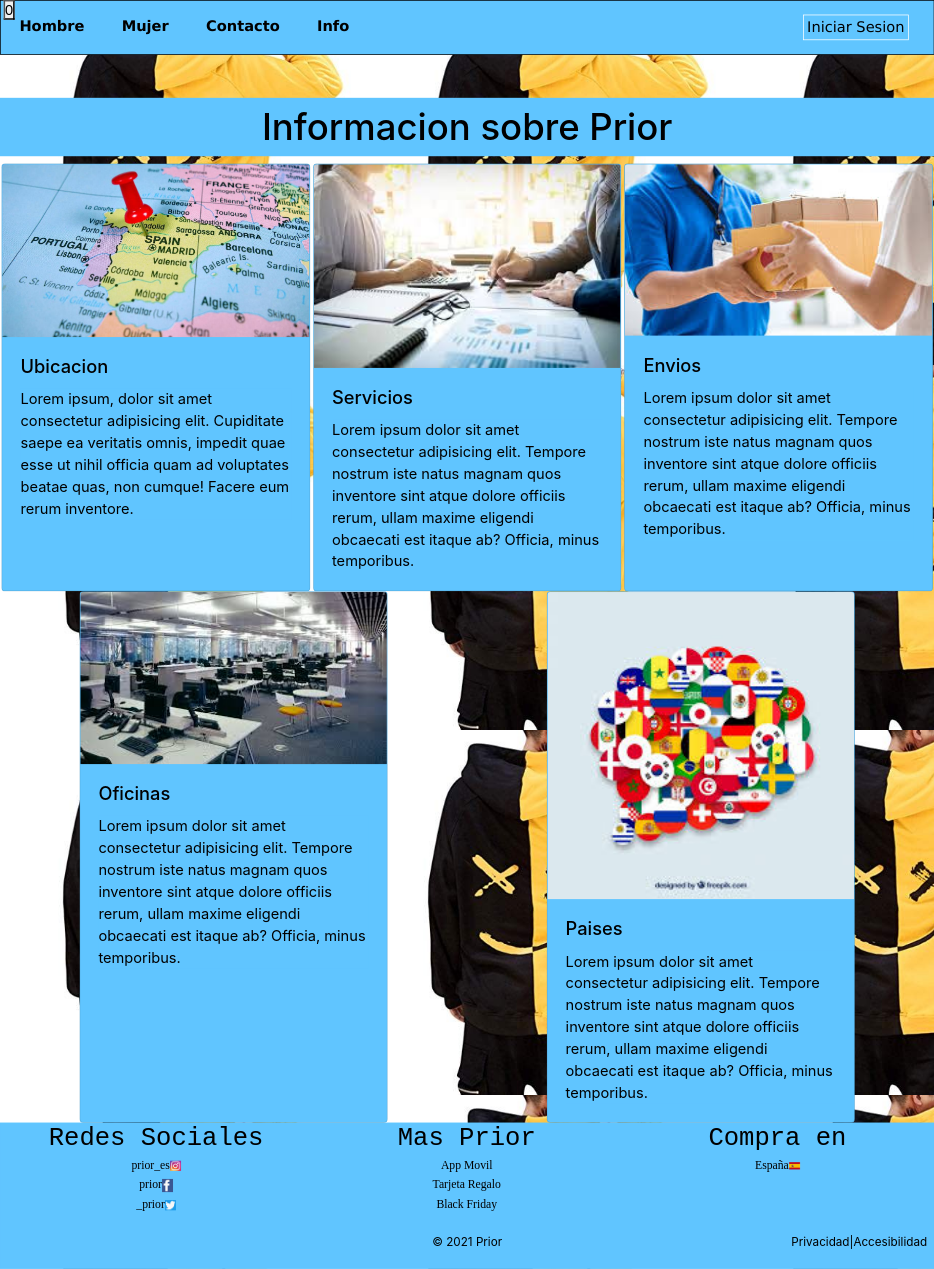
Repository: danilugones10/Proyecto
Page: info.html
The author's editor kept a copy of each file at every save. The page is drawn from the files as they stood at one save, then again after the next save.
The browser window is 1280 px wide. The pictures show the whole page, at 73% of full size.

Above is the page before, as saved 2021-03-10 16:23:45.

### info.html
<!DOCTYPE html>
<html lang="en">
<head>
    <meta charset="UTF-8">
    <meta name="viewport" content="width=device-width, initial-scale=1.0">
    <title>Document</title>
    <link rel="stylesheet" href="bootstrap-4.6.0-dist/css/bootstrap.min.css">
    <link rel="stylesheet" href="css/normalize.css">
    <link rel="stylesheet" href="css/style.css">
</head>
<body class="body">
    <header class="header">

    </header>

    <main class="main">
        <h1 class="h1 color__claro">Informacion sobre Prior</h1>
        <div class="d-flex flex-wrap justify-content-around">
            <div class="card color__claro card_width">
              <img src="css/img/mapa.jpg" class="card-img-top" alt="...">
              <div class="card-body">
                <h5 class="card-title">Ubicacion</h5>
                <p class="card-text">Lorem ipsum, dolor sit amet consectetur adipisicing elit. Cupiditate saepe ea veritatis omnis, impedit quae esse ut nihil officia quam ad voluptates beatae quas, non cumque! Facere eum rerum inventore.</p>
              </div>
            </div>
            <div class="card color__claro card_width">
                <img src="css/img/servicios.jpg" class="card-img-top" alt="...">
                <div class="card-body">
                  <h5 class="card-title">Servicios</h5>
                  <p class="card-text">Lorem ipsum dolor sit amet consectetur adipisicing elit. Tempore nostrum iste natus magnam quos inventore sint atque dolore officiis rerum, ullam maxime eligendi obcaecati est itaque ab? Officia, minus temporibus.</p>
                </div>
              </div>
              <div class="card color__claro card_width">
                <img src="css/img/envios.jpg" class="card-img-top" alt="...">
                <div class="card-body">
                  <h5 class="card-title">Envios</h5>
                  <p class="card-text">Lorem ipsum dolor sit amet consectetur adipisicing elit. Tempore nostrum iste natus magnam quos inventore sint atque dolore officiis rerum, ullam maxime eligendi obcaecati est itaque ab? Officia, minus temporibus.</p>
                </div>
              </div>
              <div class="card color__claro card_width">
                <img src="css/img/oficinas.jpg" class="card-img-top" alt="...">
                <div class="card-body">
                  <h5 class="card-title">Oficinas</h5>
                  <p class="card-text">Lorem ipsum dolor sit amet consectetur adipisicing elit. Tempore nostrum iste natus magnam quos inventore sint atque dolore officiis rerum, ullam maxime eligendi obcaecati est itaque ab? Officia, minus temporibus.</p>
                </div>
              </div>
              <div class="card color__claro card_width">
                <img src="css/img/paises.jpg" class="card-img-top" alt="...">
                <div class="card-body">
                  <h5 class="card-title">Paises</h5>
                  <p class="card-text">Lorem ipsum dolor sit amet consectetur adipisicing elit. Tempore nostrum iste natus magnam quos inventore sint atque dolore officiis rerum, ullam maxime eligendi obcaecati est itaque ab? Officia, minus temporibus.</p>
                </div>
              </div>
        </div>
    </main>

  <footer class="footer color__claro" id="footer">

  </footer>

    <script src="js/menu.js"></script>
    <script src="js/footer.js"></script>
    <script src="js/oscuroInfo.js"></script>

</body>
</html>

### css/style.css
:root {
  --base: #60c5ff;
  --texto: #000000;
  --nav: #ffffff;
}

.modoOscuro {
  --base: #093f5f;
  --texto: #ffffff;
  --nav: #000000;
}

.header {
  grid-column: 1/2;
  grid-row: 1/2;
  background-color: var(--nav);
  color: var(--texto);
  height: 75px;
}

.menu {
  height: 75px;
  border: 1px solid;
}

.menu__list {
  list-style: none;
  display: flex;
}

.menu__item {
  padding-top: 20px;
  padding-bottom: 23px;
  padding-right: 2%;
  padding-left: 2%;
  font-family: "Lucida Sans", "Lucida Sans Regular", "Lucida Grande", "Lucida Sans Unicode", Geneva, Verdana, sans-serif;
  font-weight: bold;
}

#oscuro {
  margin-left: 5px;
}

a {
  text-decoration: none;
  color: var(--texto);
}

.busqueda {
  display: none;
  position: absolute;
  width: 20%;
  right: 185px;
  top: 25px;
  height: 25px;
  border-radius: 10px;
  outline: none;
}

.inicio {
  position: absolute;
  top: 20px;
  right: 35px;
  background-color: var(--base);
  border: 1px solid white;
  padding: 5px;
  font-family: "Lucida Sans", "Lucida Sans Regular", "Lucida Grande", "Lucida Sans Unicode", Geneva, Verdana, sans-serif;
}
.inicio a {
  text-decoration: none;
}

.hamburguesa {
  position: absolute;
  top: 25px;
  right: 5px;
  cursor: pointer;
  display: none;
}

.inicio:hover {
  background-color: #A3E4D7;
}
.inicio:hover a {
  color: black;
}

.menu__item:hover {
  background-color: var(--base);
  color: var(--texto);
}
.menu__item:hover a {
  color: black;
}

@media (max-width: 767px) {
  .menu {
    background-color: var(--nav);
    height: 75px;
  }

  .menu__list {
    list-style: none;
    display: inline-block;
  }

  .menu__item {
    padding-top: 19px;
    padding-bottom: 20px;
    padding-right: 2%;
    padding-left: 2%;
    font-family: "Lucida Sans", "Lucida Sans Regular", "Lucida Grande", "Lucida Sans Unicode", Geneva, Verdana, sans-serif;
    visibility: hidden;
  }

  .menu__item:hover {
    width: 100px;
  }

  .busqueda {
    display: block;
    position: absolute;
    width: 35%;
    right: 200px;
    top: 25px;
    height: 25px;
    border-radius: 20px;
  }

  .inicio {
    position: absolute;
    top: 20px;
    right: 35px;
    border: 1px solid white;
    padding: 5px;
    font-family: "Lucida Sans", "Lucida Sans Regular", "Lucida Grande", "Lucida Sans Unicode", Geneva, Verdana, sans-serif;
  }
  .inicio a {
    text-decoration: none;
  }

  .hamburguesa {
    position: absolute;
    top: 25px;
    right: 5px;
    cursor: pointer;
    display: block;
  }

  .inicio:hover {
    background-color: #A3E4D7;
    color: black;
  }

  .menu__item:hover {
    background-color: var(--base);
    color: var(--texto);
  }
}
.main {
  grid-column: 1/2;
  grid-row: 2/3;
}

.section1 {
  display: flex;
  flex-flow: wrap;
  justify-content: space-around;
  width: 100%;
}
.section1 .section1-titulo {
  width: 400px;
  height: 400px;
  text-align: center;
}
.section1 .section1-titulo .section1-titulo__fondo .section1-titulo__h1 {
  font-size: 70px;
  font-family: "Courier New", Courier, monospace;
}
.section1 .section1-titulo .prior-img {
  opacity: 95%;
  width: 200px;
  height: 200px;
  border: 1px solid;
  transition: 1s;
}
.section1 .section1-titulo .prior-img:hover {
  transform: scale(1.3);
}
.section1 .section1-img {
  width: 460px;
  height: 400px;
  text-align: center;
  padding-top: 25px;
  margin-top: 20px;
}
.section1 .section1-img img {
  width: 400px;
  height: 350px;
  transition: 1s;
}
.section1 .section1-img img:hover {
  transform: scale(1.1);
}

.section2 {
  width: 100%;
  display: flex;
  justify-content: center;
  padding-top: 50px;
  color: white;
}
.section2 .section2-prior {
  border: 1px solid;
  width: 70%;
}

.section3 {
  width: 100%;
  display: flex;
  flex-wrap: wrap;
  color: white;
}
.section3 .section3-h1 {
  width: 100%;
  text-align: center;
}
.section3 .section3-imagenes {
  display: flex;
  flex-wrap: wrap;
  justify-content: space-around;
  width: 100%;
  text-align: center;
}
.section3 .section3-imagenes .section3-imagenes__contenedor {
  position: relative;
  border: 1px solid;
  padding-top: 5px;
  width: 250px;
  height: 230px;
}
.section3 .section3-imagenes .section3-imagenes__contenedor button {
  display: none;
}
.section3 .section3-imagenes .section3-imagenes__contenedor h3 {
  font-size: 20px;
}
.section3 .section3-imagenes .section3-imagenes__contenedor:hover .fondo {
  position: absolute;
  top: 0;
  left: 0;
  width: 100%;
  height: 100%;
  background-color: rgba(0, 0, 0, 0.6);
  z-index: 100;
}
.section3 .section3-imagenes .section3-imagenes__contenedor:hover button {
  display: inline;
  position: absolute;
  top: 40%;
  left: 30%;
}

.section4 {
  width: 100%;
  margin-top: 5px;
}
.section4 h1 {
  color: white;
  text-align: center;
}
.section4 .contenedor {
  margin: auto;
  margin-bottom: 20px;
  width: 400px;
  height: 350px;
  background-color: aquamarine;
  z-index: 100;
  position: relative;
  border: 1px solid;
}
.section4 .contenedor img {
  width: 100vw;
}
.section4 .contenedor .texto {
  background-color: var(--base);
  opacity: 75%;
  margin-top: -90px;
}
.section4 .contenedor .texto #nombreImagen {
  color: white;
  margin-left: 15px;
}
.section4 .contenedor .texto #precio {
  color: white;
  padding-top: 10px;
  margin-left: 15px;
}
.section4 .contenedor .texto #precio span {
  text-decoration: line-through;
}
.section4 .contenedor #flecha1 {
  content: "";
  position: absolute;
  border-right: 2vw solid gray;
  border-bottom: 2vw solid transparent;
  border-top: 2vw solid transparent;
  bottom: 45%;
  left: 0;
  cursor: pointer;
}
.section4 .contenedor #flecha2 {
  content: "";
  position: absolute;
  border-left: 2vw solid gray;
  border-bottom: 2vw solid transparent;
  border-top: 2vw solid transparent;
  bottom: 45%;
  right: 0;
  cursor: pointer;
}

.footer {
  grid-column: 1/2;
  grid-row: 3/4;
  color: var(--texto);
  background-color: var(--nav);
  border: 1px solid var(--base);
  height: 200px;
}

.grupo {
  display: flex;
}

.colum {
  text-align: center;
  width: 33.3%;
  height: 120px;
}

.colum h3 {
  margin-bottom: 0px;
  font-family: "Courier New", Courier, monospace;
}

.colum div {
  margin-top: 3px;
  font-size: 16px;
  font-family: "Times New Roman", Times, serif;
}

.fin {
  width: 100%;
}

.fin div {
  font-size: 16px;
  text-align: center;
}

.fin div span {
  position: absolute;
  right: 10px;
  font-size: 16px;
}

@media (max-width: 767px) {
  .fin {
    padding-top: 10px;
  }
}
.card_width {
  min-width: 400px;
  max-width: 33%;
}

.main p {
  color: var(--texto);
}
.main h5 {
  color: var(--texto);
}
.main .entrega {
  width: 70%;
  margin: auto;
}
.main .entrega p {
  padding: 10px;
  border-radius: 20px;
  border: 2px solid;
}
.main .pagos {
  width: 30%;
  min-width: 300px;
  margin: auto;
  border-radius: 20px;
  border: 2px solid;
  color: var(--texto);
  background-color: var(--base);
}
.main .pagos ul {
  list-style: none;
}
.main .pagos ul li {
  padding: 10px;
}

h1 {
  background-color: var(--base);
  color: var(--texto);
  padding: 10px;
  text-align: center;
}

p {
  color: var(--texto);
  background-color: var(--base);
}

.cuadro {
  display: flex;
  justify-content: space-around;
  flex-wrap: wrap;
}

.cajita {
  color: var(--texto);
  background-color: var(--base);
  min-width: 450px;
  height: 300px;
  margin-bottom: 10px;
}

.accordion .card {
  color: var(--texto);
  background-color: var(--base);
}
.accordion .card .card-body {
  background-color: rgba(0, 0, 0, 0.3);
}
.accordion .card button {
  color: var(--texto);
}

.contacto-form {
  height: 350px;
  margin: auto;
  width: 75%;
  color: var(--texto);
  background-color: var(--base);
}
.contacto-form fieldset {
  border: 1px solid;
}

.tabla {
  text-align: center;
  width: 90%;
  background-color: var(--base);
  margin: auto;
  margin-bottom: 10px;
}

th {
  color: var(--texto);
}

td {
  color: var(--texto);
}

.carrouselMujer {
  max-width: 500px;
  margin: auto;
  border: 1px solid;
}

.carousel-control-prev-icon {
  background-color: black;
}

.carousel-control-next-icon {
  background-color: black;
}

* {
  margin: 0;
  padding: 0;
  font-size: 20px;
}
* h1 {
  color: var(--texto);
}
* h5 {
  color: var(--texto);
}
* p {
  color: var(--texto);
}

body {
  display: grid;
  grid-template-columns: 100%;
  grid-template-rows: 100px auto 200px;
  background-image: url(img/sudadera_fondo.jpg);
}

#oscuro {
  position: absolute;
  top: 0;
  left: 0;
}

.color__claro {
  background-color: var(--base);
  color: var(--texto);
}

@media (max-width: 767px) {
  body {
    grid-template-rows: 350px auto 200px;
  }

  .main {
    margin-top: -250px;
  }
}

/*# sourceMappingURL=style.css.map */

### js/menu.js
const header=document.querySelector('.header');
const nav=document.createElement('nav');
nav.className="menu color__claro";
const ul=document.createElement('ul');
ul.className="menu__list";
const fragment=document.createDocumentFragment();

const bot=document.createElement('button');
bot.id="oscuro";
bot.textContent="0";
nav.appendChild(bot);

const li=document.createElement('li');
li.className="menu__item";
const a=document.createElement('a');
a.href="hombre.html";
a.textContent="Hombre";
li.appendChild(a)
fragment.appendChild(li);

const li2=document.createElement('li');
li2.textContent="Mujer";
li2.className="menu__item";
fragment.appendChild(li2);

const li3=document.createElement('li');
li3.textContent="Contacto";
li3.className="menu__item";
fragment.appendChild(li3);

const li4=document.createElement('li');
li4.className="menu__item";
const a4=document.createElement('a');
a4.href="info.html";
a4.textContent="Info";
li4.appendChild(a4)
fragment.appendChild(li4);

const li5=document.createElement('input');
li5.setAttribute('placeholder', '   buscar');
li5.className="busqueda";
li5.id="busqueda";
fragment.appendChild(li5);

const li6=document.createElement('li');
const button6=document.createElement('button');
button6.className="inicio";
const a6=document.createElement('a');
a6.href="formulario.html";
a6.textContent="Iniciar Sesion";
button6.appendChild(a6);
li6.appendChild(button6);
fragment.appendChild(button6);

const hamb=document.createElement('label');
hamb.innerHTML="<span>&#9776;</span>";
hamb.className="hamburguesa";
fragment.appendChild(hamb);

ul.appendChild(fragment);
nav.appendChild(ul);
header.appendChild(nav);

const hamburguesa=document.querySelector('.hamburguesa');
const menu=document.querySelector('.menu');
const main=document.querySelector('.main');

    hamburguesa.addEventListener('click', ()=>{

        if(window.innerWidth<767){

            if( menu.style.height==="75px"){
                menu.style.height="100%";
                main.style.marginTop="0px";
                li.style.visibility="visible";
                li2.style.visibility="visible";
                li3.style.visibility="visible";
                li4.style.visibility="visible";
            }
            else{
                menu.style.height="75px";
                main.style.marginTop="-200px";
                li.style.visibility="hidden";
                li2.style.visibility="hidden";
                li3.style.visibility="hidden";
                li4.style.visibility="hidden";

            }
        }
    })

    window.addEventListener("resize",() => {
        if (this.window.innerWidth>767) {
            main.style.marginTop="0px";
            li.style.visibility="visible";
            li2.style.visibility="visible";
            li3.style.visibility="visible";
            li4.style.visibility="visible";
        }
        else{
            menu.style.height="75px";
            main.style.marginTop="-200px";
            li.style.visibility="hidden";
            li2.style.visibility="hidden";
            li3.style.visibility="hidden";
            li4.style.visibility="hidden";
        }
     })

### js/footer.js
const foot=document.querySelector('.footer')
const divGrupo=document.createElement('div')
divGrupo.className="grupo"
//Columna1
const divColumn1=document.createElement('div')
divColumn1.className="colum"
const h31=document.createElement('h3')
h31.textContent="Redes Sociales"
const div1_1=document.createElement('div')
const img1_1=document.createElement('img')
img1_1.src="css/img/Instagram.PNG";img1_1.width=15
div1_1.textContent="prior_es";div1_1.appendChild(img1_1)
const div1_2=document.createElement('div')
const img1_2=document.createElement('img')
img1_2.src="css/img/Facebok.PNG";img1_2.width=15
div1_2.textContent="prior";div1_2.appendChild(img1_2)
const div1_3=document.createElement('div')
const img1_3=document.createElement('img')
img1_3.src="css/img/Twiter.PNG";img1_3.width=15
div1_3.textContent="_prior";div1_3.appendChild(img1_3)
divColumn1.appendChild(h31);divColumn1.appendChild(div1_1);divColumn1.appendChild(div1_2);divColumn1.appendChild(div1_3);
//Columna2
const divColumn2=document.createElement('div')
divColumn2.className="colum"
const h32=document.createElement('h3')
h32.textContent="Mas Prior"
const div2_1=document.createElement('div')
div2_1.textContent="App Movil"
const div2_2=document.createElement('div')
div2_2.textContent="Tarjeta Regalo"
const div2_3=document.createElement('div')
div2_3.textContent="Black Friday"
divColumn2.appendChild(h32);divColumn2.appendChild(div2_1);divColumn2.appendChild(div2_2);divColumn2.appendChild(div2_3);
//Columna3
const br=document.createElement('br')

const divColumn3=document.createElement('div')
divColumn3.className="colum"
const h33=document.createElement('h3')
h33.textContent="Compra en"
const div3_1=document.createElement('div')
const img3_1=document.createElement('img')
img3_1.src='css/img/España.PNG';img3_1.width=15
div3_1.textContent="España";div3_1.appendChild(img3_1)
divColumn3.appendChild(h33);divColumn3.appendChild(div3_1)

divGrupo.appendChild(divColumn1);divGrupo.appendChild(divColumn2);divGrupo.appendChild(divColumn3);

const divFin=document.createElement('div')
divFin.className="fin"
const divFinal=document.createElement('div')
divFinal.innerHTML="&copy; 2021 Prior <span>Privacidad|Accesibilidad</span> ";
divFin.appendChild(divFinal)


foot.appendChild(divGrupo);foot.appendChild(br);
foot.appendChild(divFin)

### js/oscuroInfo.js
const botonOscuro=document.getElementById('oscuro');
const menus=document.querySelector('.menu');
const h1Info=document.querySelector('.h1');
const cardInfo=document.querySelectorAll('.card');
const footer=document.querySelector('.footer');


botonOscuro.addEventListener("click", ()=>{
    if (menus.className=="menu color__claro") {
        menus.className="menu color__oscuro"
        h1Info.className="h1 color__oscuro"
        for (let index = 0; index < cardInfo.length; index++) {
            const element = cardInfo[index];
            element.className="card color__oscuro"
        }
        foot.className="footer color__oscuro"
    }
    else{
        menus.className="menu color__claro"
        h1Info.className="h1 color__claro"
        for (let index = 0; index < cardInfo.length; index++) {
            const element = cardInfo[index];
            element.className="card color__claro"
        }
        foot.className="footer color__claro"
    }
})

Loaded but not shown: bootstrap-4.6.0-dist/css/bootstrap.min.css (library); css/normalize.css (library)

After the next save:
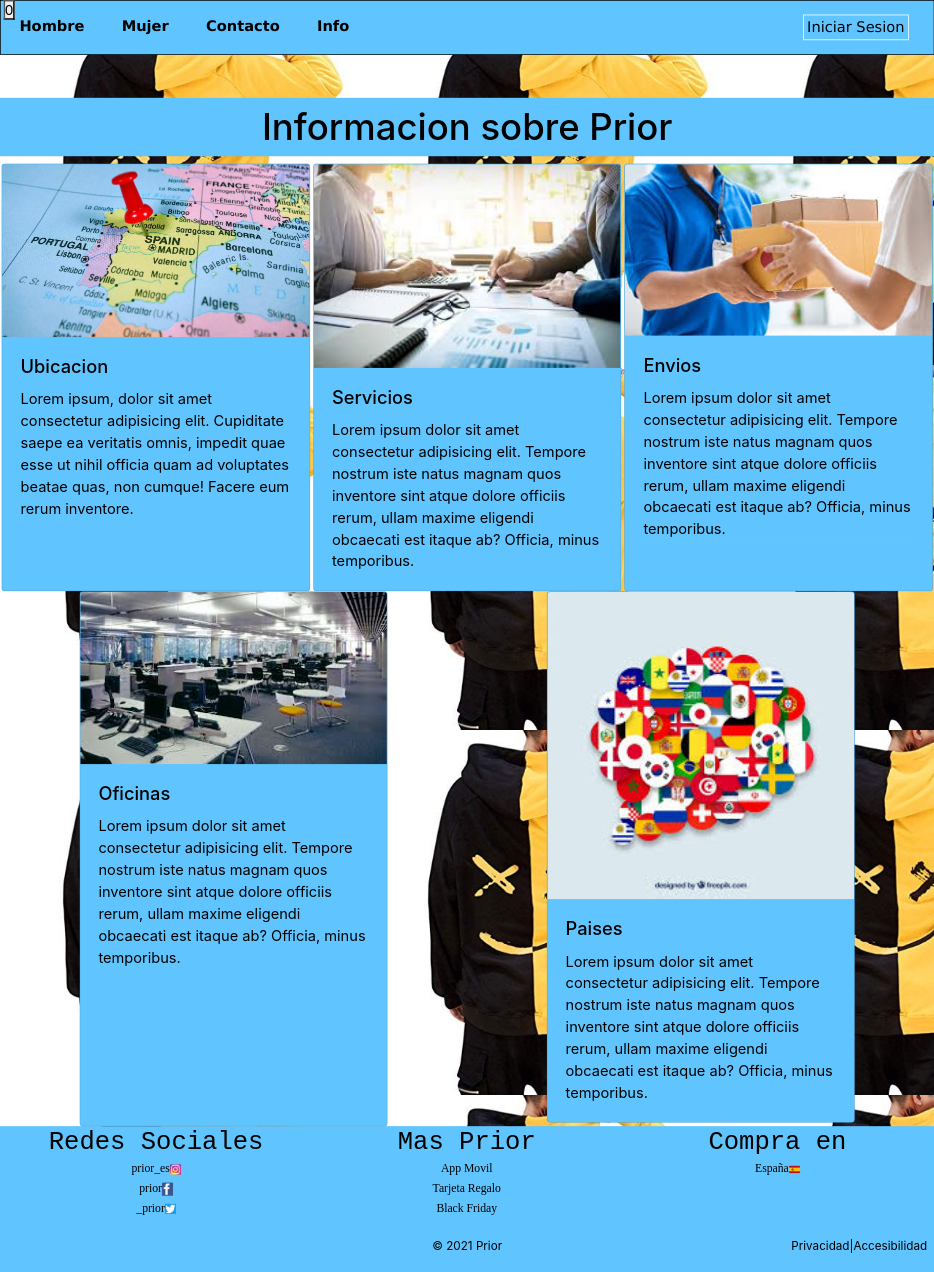
Saved 10 s later.
--- a/info.html
+++ b/info.html
@@ -44,7 +44,7 @@
                   <p class="card-text">Lorem ipsum dolor sit amet consectetur adipisicing elit. Tempore nostrum iste natus magnam quos inventore sint atque dolore officiis rerum, ullam maxime eligendi obcaecati est itaque ab? Officia, minus temporibus.</p>
                 </div>
               </div>
-              <div class="card color__claro card_width">
+              <div class="card color__claro card_width mb-1">
                 <img src="css/img/paises.jpg" class="card-img-top" alt="...">
                 <div class="card-body">
                   <h5 class="card-title">Paises</h5>
